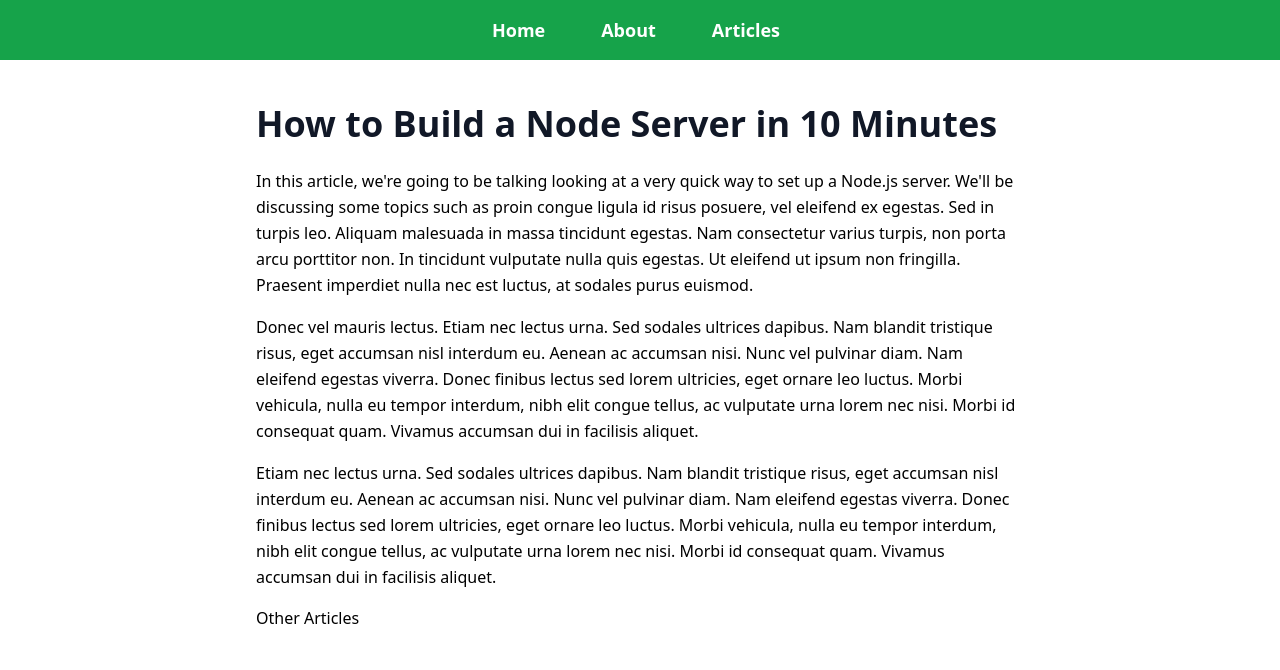
Repository: ymw0331/blog-mern-webapp
Page: /article/learn-node (app in client/)
An editor plug-in stored every save of this project. The page is shown before and after a run of saves, followed by the edit.
The browser window is 1280 px wide. The pictures show the whole page.
The project was rebuilt for these pictures with package versions that can differ from the ones it lists, and the page was loaded fresh each time. Also part of the build but not shown: client/src/pages/Home.js, client/src/pages/About.js, client/src/components/Articles.js, client/src/pages/ArticlesList.js.

Above is the page before, as saved 2022-12-10 21:39:02.

### client/src/App.js
import { BrowserRouter as Router, Route, Routes } from 'react-router-dom';
// Pages
import Home from './pages/Home';
import About from './pages/About';
import Article from './pages/Article';
import ArticlesList from './pages/ArticlesList';
import Navbar from './components/Navbar';

function App() {
  return (
    <Router>
      <Navbar />
      <div className='max-w-screen-md mx-auto pt-20'>
        <Routes>
          <Route path='/' element={<Home />} />
          <Route path='/about' element={<About />} />
          <Route path='/articles-list' element={<ArticlesList />} />
          <Route path='/article/:name' element={<Article />} />
        </Routes>
      </div>
    </Router>
  );
}

export default App;

### client/src/pages/Article.js
import React from 'react';
import { useParams } from 'react-router-dom';
import articleContent from './article-content';

const Article = () => {
  const { name } = useParams(); //name refered to App.js article route /:name
  const article = articleContent.find((article) => article.name === name);
  if (!article) return <h1>Article does not exist!</h1>;

  return (
    <>
      <h1 className='sm:text-4xl text-2xl font-bold my-6 text-gray-900'>
        {article.title}
      </h1>

      {article.content.map((paragraph, index) => (
        <p className='mx-auto leading-relaxed text-base mb-4' key={index}>
          {paragraph}
        </p>
      ))}

      <h1 className=''>Other Articles</h1>
    </>
  );
};

export default Article;

### client/src/components/Navbar.js
import React from 'react';
import { Link } from 'react-router-dom';

const Navbar = () => {
  return (
    <nav className='border-b4 border-green-700 text-center fixed top-0 bg-green-600 font-bold w-full text-lg text-white'>
      <ul>
        <li className='inline-block py-4'>
          <Link to='/' className='pl-6 pr-8'>
            Home
          </Link>
        </li>
        <li className='inline-block py-4'>
          <Link to='/about' className='pl-6 pr-8'>
            About
          </Link>
        </li>
        <li className='inline-block py-4'>
          <Link to='/articles-list' className='pl-6 pr-8'>
            Articles
          </Link>
        </li>
      </ul>
    </nav>
  );
};

export default Navbar;

### client/src/pages/article-content.js
const articles = [
  {
    name: 'learn-react',
    title: 'The Fastest Way to Learn React',
    thumbnail: '/images/blog1.jpeg',
    content: [
      `Welcome! Today we're going to be talking about the fastest way to learn React. Lorem proin congue ligula id risus posuere, vel eleifend ex egestas. Sed in turpis leo. Aliquam malesuada in massa tincidunt egestas. Nam consectetur varius turpis, non porta arcu porttitor non. In tincidunt vulputate nulla quis egestas. Ut eleifend ut ipsum non fringilla. Praesent imperdiet nulla nec est luctus, at sodales purus euismod.`,
      `Donec vel mauris lectus. Etiam nec lectus urna. Sed sodales ultrices dapibus. Nam blandit tristique risus, eget accumsan nisl interdum eu. Aenean ac accumsan nisi. Nunc vel pulvinar diam. Nam eleifend egestas viverra. Donec finibus lectus sed lorem ultricies, eget ornare leo luctus. Morbi vehicula, nulla eu tempor interdum, nibh elit congue tellus, ac vulputate urna lorem nec nisi. Morbi id consequat quam. Vivamus accumsan dui in facilisis aliquet.`,
      `Etiam nec lectus urna. Sed sodales ultrices dapibus. Nam blandit tristique risus, eget accumsan nisl interdum eu. Aenean ac accumsan nisi. Nunc vel pulvinar diam. Nam eleifend egestas viverra. Donec finibus lectus sed lorem ultricies, eget ornare leo luctus. Morbi vehicula, nulla eu tempor interdum, nibh elit congue tellus, ac vulputate urna lorem nec nisi. Morbi id consequat quam. Vivamus accumsan dui in facilisis aliquet.`,
    ],
  },
  {
    name: 'learn-node',
    title: 'How to Build a Node Server in 10 Minutes',
    thumbnail: '/images/blog2.jpeg',
    content: [
      `In this article, we're going to be talking looking at a very quick way to set up a Node.js server. We'll be discussing some topics such as proin congue ligula id risus posuere, vel eleifend ex egestas. Sed in turpis leo. Aliquam malesuada in massa tincidunt egestas. Nam consectetur varius turpis, non porta arcu porttitor non. In tincidunt vulputate nulla quis egestas. Ut eleifend ut ipsum non fringilla. Praesent imperdiet nulla nec est luctus, at sodales purus euismod.`,
      `Donec vel mauris lectus. Etiam nec lectus urna. Sed sodales ultrices dapibus. Nam blandit tristique risus, eget accumsan nisl interdum eu. Aenean ac accumsan nisi. Nunc vel pulvinar diam. Nam eleifend egestas viverra. Donec finibus lectus sed lorem ultricies, eget ornare leo luctus. Morbi vehicula, nulla eu tempor interdum, nibh elit congue tellus, ac vulputate urna lorem nec nisi. Morbi id consequat quam. Vivamus accumsan dui in facilisis aliquet.`,
      `Etiam nec lectus urna. Sed sodales ultrices dapibus. Nam blandit tristique risus, eget accumsan nisl interdum eu. Aenean ac accumsan nisi. Nunc vel pulvinar diam. Nam eleifend egestas viverra. Donec finibus lectus sed lorem ultricies, eget ornare leo luctus. Morbi vehicula, nulla eu tempor interdum, nibh elit congue tellus, ac vulputate urna lorem nec nisi. Morbi id consequat quam. Vivamus accumsan dui in facilisis aliquet.`,
    ],
  },
  {
    name: 'my-thoughts-on-learning-react',
    title: 'My Thoughts on Learning ReactJS',
    thumbnail: '/images/blog3.jpeg',
    content: [
      `Today is the day I talk about something which scares most people: Learning ReactJS. In reality, I'm not sure why people have such a hard time with Learning ReactJS ligula id risus posuere, vel eleifend ex egestas. Sed in turpis leo. Aliquam malesuada in massa tincidunt egestas. Nam consectetur varius turpis, non porta arcu porttitor non. In tincidunt vulputate nulla quis egestas. Ut eleifend ut ipsum non fringilla. Praesent imperdiet nulla nec est luctus, at sodales purus euismod.`,
      `Donec vel mauris lectus. Etiam nec lectus urna. Sed sodales ultrices dapibus. Nam blandit tristique risus, eget accumsan nisl interdum eu. Aenean ac accumsan nisi. Nunc vel pulvinar diam. Nam eleifend egestas viverra. Donec finibus lectus sed lorem ultricies, eget ornare leo luctus. Morbi vehicula, nulla eu tempor interdum, nibh elit congue tellus, ac vulputate urna lorem nec nisi. Morbi id consequat quam. Vivamus accumsan dui in facilisis aliquet.`,
      `Etiam nec lectus urna. Sed sodales ultrices dapibus. Nam blandit tristique risus, eget accumsan nisl interdum eu. Aenean ac accumsan nisi. Nunc vel pulvinar diam. Nam eleifend egestas viverra. Donec finibus lectus sed lorem ultricies, eget ornare leo luctus. Morbi vehicula, nulla eu tempor interdum, nibh elit congue tellus, ac vulputate urna lorem nec nisi. Morbi id consequat quam. Vivamus accumsan dui in facilisis aliquet.`,
    ],
  },
];
export default articles;

Loaded but not shown: client/public/index.html (common file); client/src/index.js (common file); client/src/index.css (common file); client/src/reportWebVitals.js (common file); client/tailwind.config.js (common file)

After the next 2 saves:
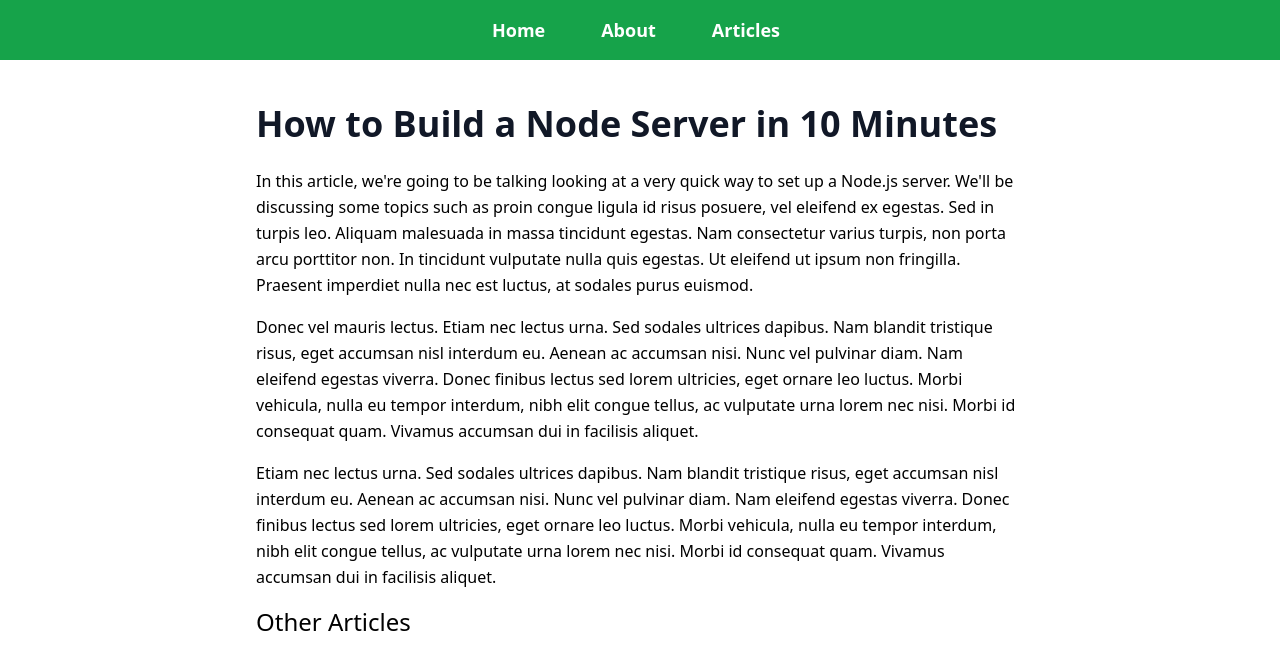
The 2 saves are shown as one change because they came seconds apart.
The last was saved 13 s later.
--- a/client/src/pages/Article.js
+++ b/client/src/pages/Article.js
@@ -19,7 +19,7 @@ const Article = () => {
         </p>
       ))}
 
-      <h1 className=''>Other Articles</h1>
+      <h1 className='sm:text-2xl'>Other Articles</h1>
     </>
   );
 };
